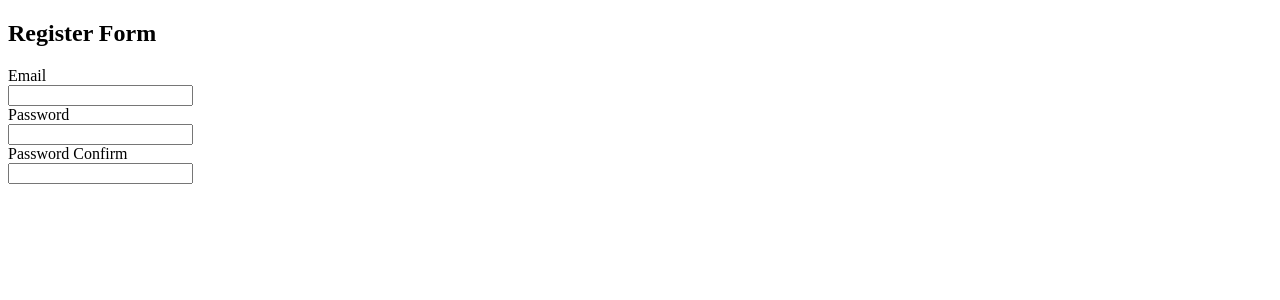
Repository: nptg3105/Register-form
Page: index.html
An editor plug-in stored every save of this project. The page is shown before and after the next save, followed by the edit.
The browser window is 1280 px wide. The pictures show the whole page.
Some web libraries are served in a nearby version.

Above is the page before, as saved 2022-01-05 21:42:59.

After the next save:
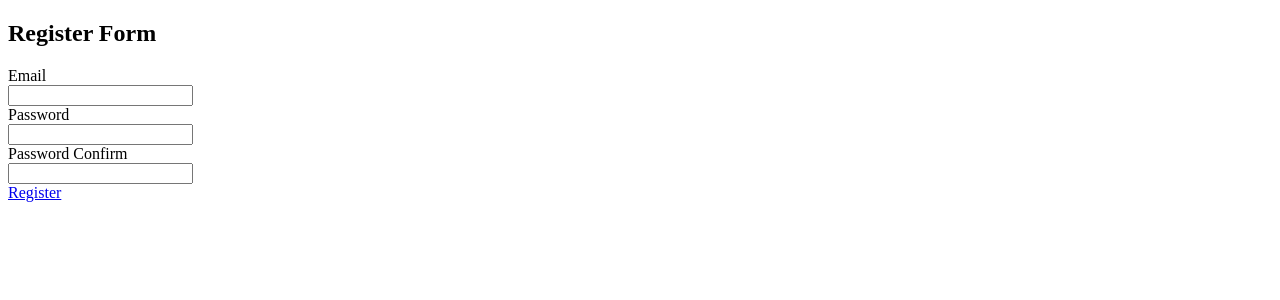
Saved 52 s later.
--- a/main.js
+++ b/main.js
@@ -15,6 +15,7 @@ const form = (
       <br />
       <input type="password" id="password-confirm" name="pass-confirm" />
     </form>
+    <a href="#">Register</a>
   </div>
 );
 ReactDOM.render(form, registerForm);
